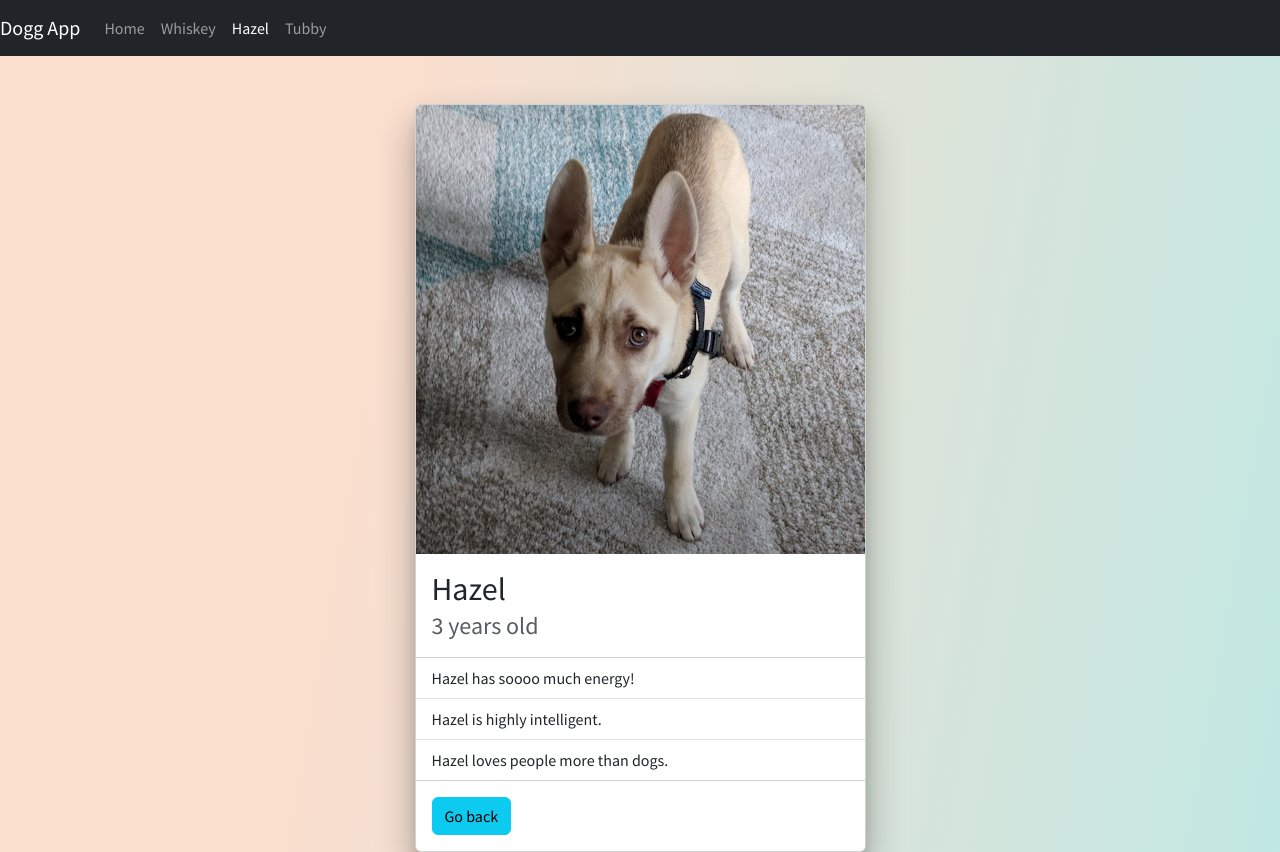
Repository: zhapar/dogs
Page: /dogs/Hazel
The author's editor kept a copy of each file at every save. The page is drawn from the files as they stood at one save, then again after the next save.
The browser window is 1280 px wide. The pictures show the whole page.
The project was rebuilt for these pictures with package versions that can differ from the ones it lists, and the page was loaded fresh each time. A package was used in the major version that the imports need, not the one package.json lists. Also part of the build but not shown: src/DogList.css, src/DogList.js, src/App.css.

Above is the page before, as saved 2020-09-06 13:21:01.

After the next save:
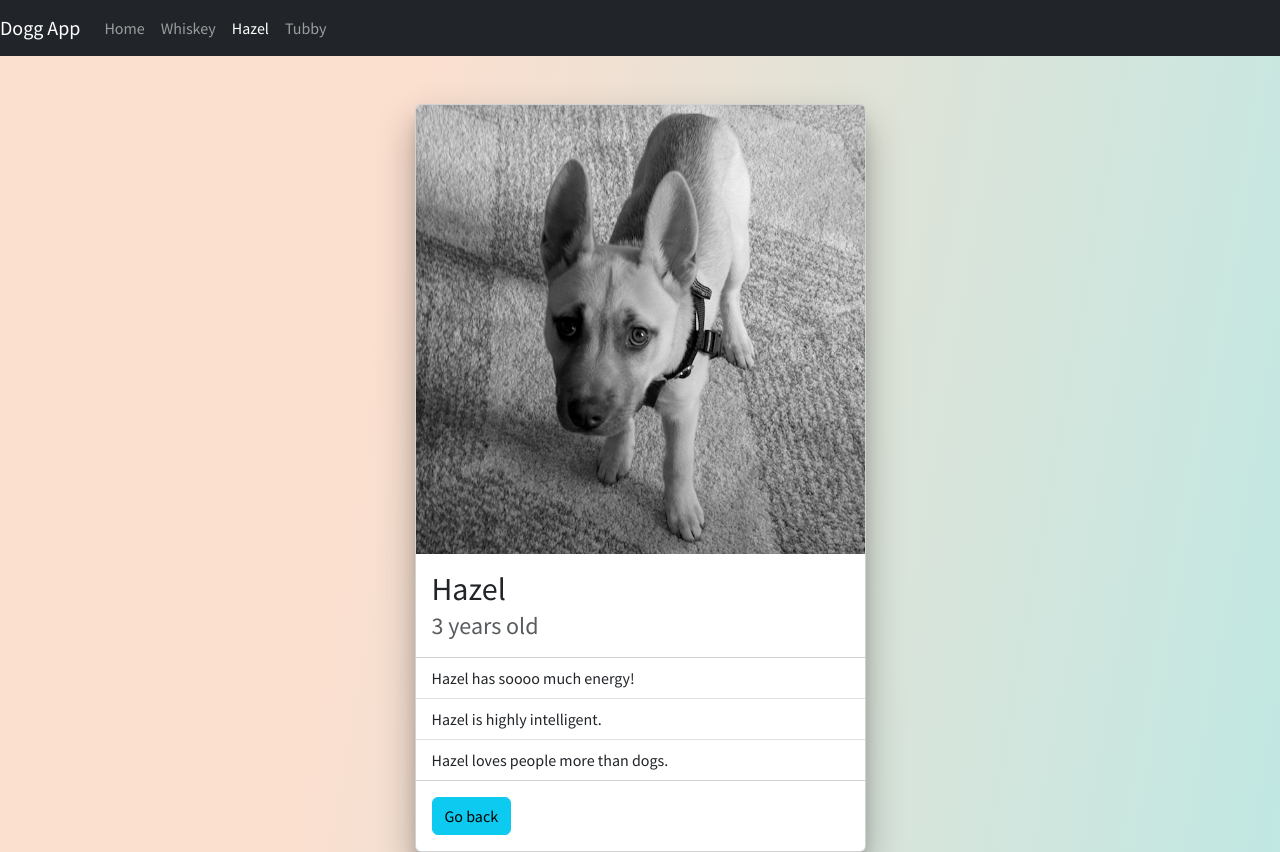
Saved 26 s later.
--- a/src/DogDetails.css
+++ b/src/DogDetails.css
@@ -1,3 +1,12 @@
 .DogDetails-card {
   box-shadow: 0 19px 38px rgba(0, 0, 0, 0.3), 0 15px 12px rgba(0, 0, 0, 0.1);
 }
+
+.DogDetails-card img {
+  filter: grayscale();
+  transition: 0.4s filter ease;
+}
+
+.DogDetails-card:hover img {
+  filter: none;
+}
